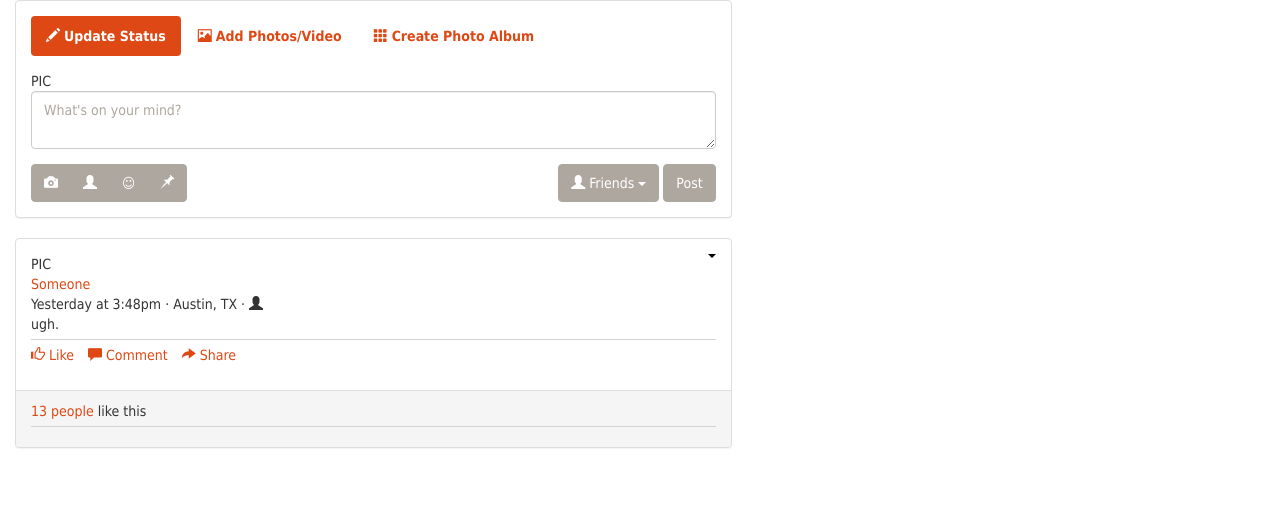
Repository: harshagithub19/news_feed
Page: fbapp3/src/main/webapp/statuscheck.html
An editor plug-in stored every save of this project. The page is shown before and after the next save, followed by the edit.
The browser window is 1280 px wide. The pictures show the whole page.
Some web fonts or font styles are not loaded; a fallback is used. Some web libraries are served in a nearby version.

Above is the page before, as saved 2017-03-02 04:54:49.

After the next save:
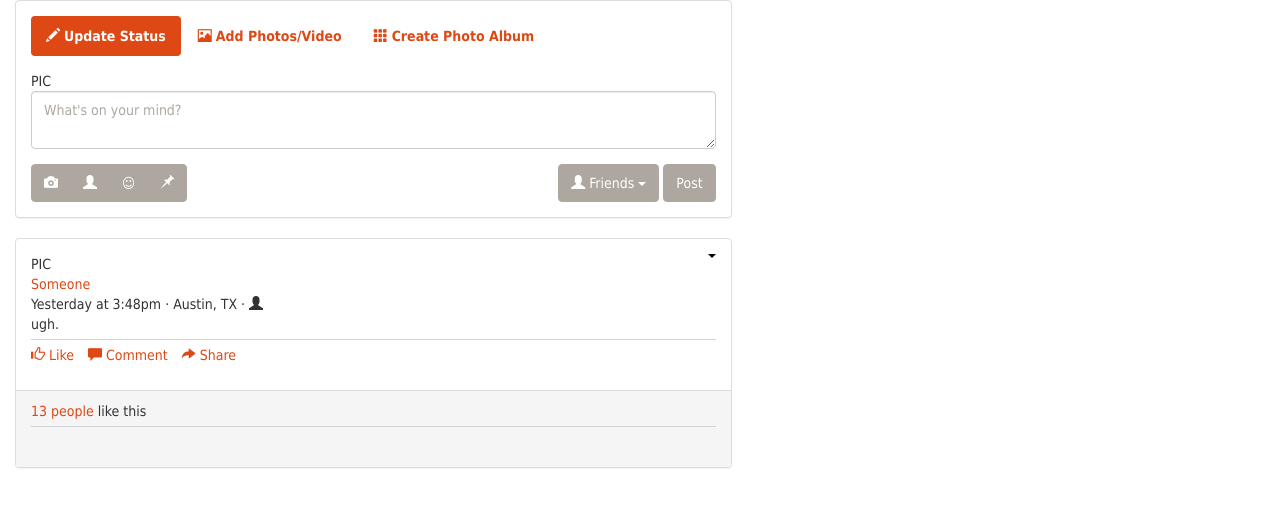
Saved 9 s later.
--- a/fbapp3/src/main/webapp/statuscheck.html
+++ b/fbapp3/src/main/webapp/statuscheck.html
@@ -147,7 +147,8 @@
 
 
   <hr>
-   <p id ="output"> </p>
+   <p id ="output"></p>
+   <br>
 
  <!--   <ul class="media-list">
     <li class="media">
